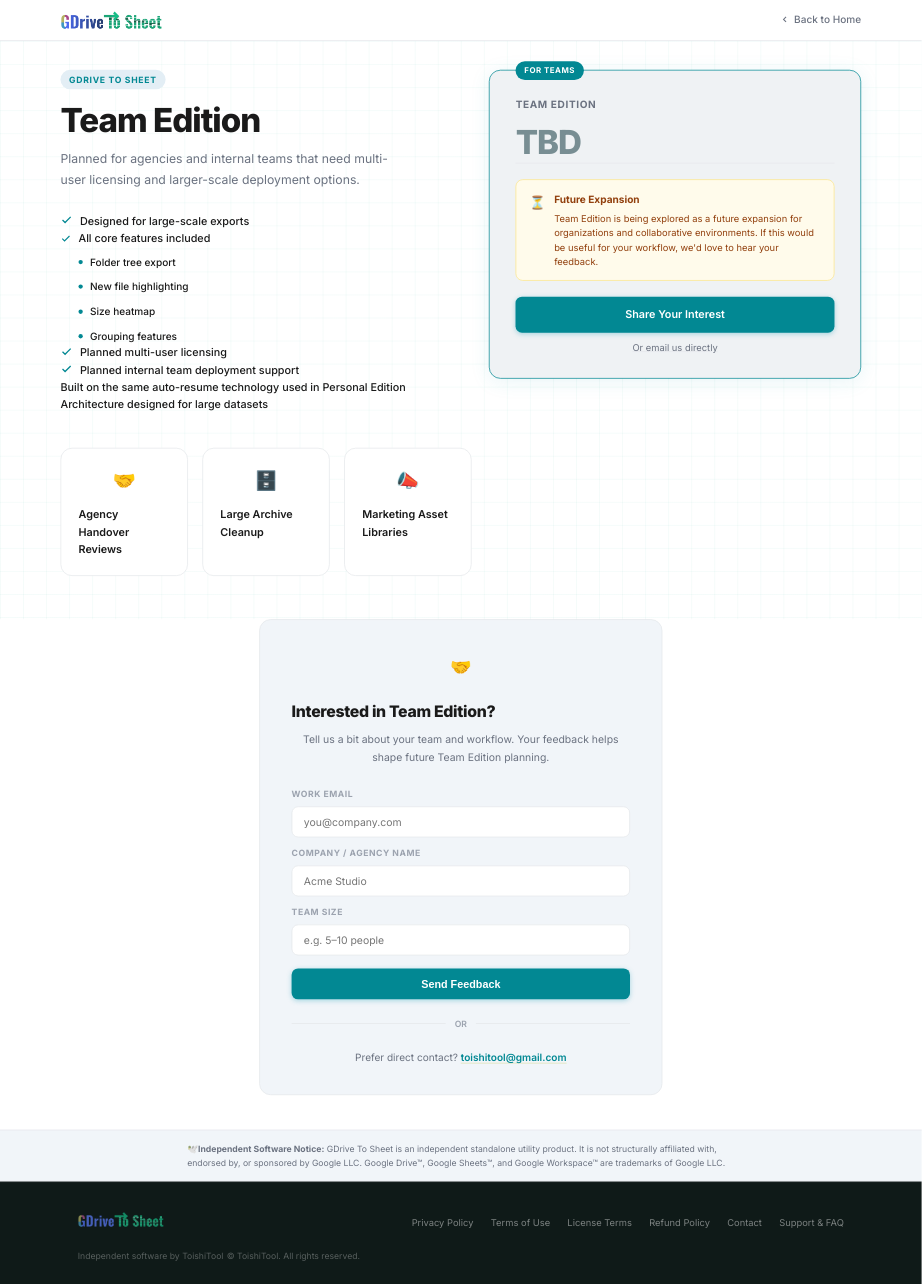
Repository: toishitool/gdrive-to-sheet
Page: team-edition.html
These files come from the project's save history. The page is drawn as it stood at one moment and after the next save; the edit follows.
The browser window is 1280 px wide. The pictures show the whole page, at 72% of full size.

Above is the page before, as saved 2026-06-22 11:42:05.

### team-edition.html
<!DOCTYPE html>
<html lang="en" class="scroll-smooth">

<head>
  <meta charset="UTF-8" />
  <meta name="viewport" content="width=device-width, initial-scale=1.0" />
  <title>Team Edition – GDrive To Sheet</title>
  <meta name="description"
content="Planned Team Edition for agencies and internal teams. Multi-user licensing and expanded deployment options are under consideration." />
  <link rel="canonical" href="https://toishitool.github.io/gdrive-to-sheet/team-edition.html" />

  <link rel="preconnect" href="https://fonts.googleapis.com" />
  <link rel="preconnect" href="https://fonts.gstatic.com" crossorigin />
  <link href="https://fonts.googleapis.com/css2?family=Inter:wght@300;400;500;600;700;800&display=swap"
    rel="stylesheet" />

  <link rel="stylesheet" href="style.css">
</head>

<body class="theme-team">

  <div id="header-container"></div>


  <section class="hero grid-bg" aria-label="Team Edition">
    <div class="container">
      <div class="hero-grid">

        <div class="hero-copy">
          <span class="eyebrow">GDrive To Sheet</span>
          <h1>Team Edition</h1>
          <p class="sub">Planned for agencies and internal teams that need multi-user licensing and larger-scale deployment options.
</p>
          <ul class="feature-list">
            <li><svg width="17" height="17" fill="none" stroke="currentColor" stroke-width="2.5" viewBox="0 0 24 24">
                <polyline points="20 6 9 17 4 12" />
              </svg> Designed for large-scale exports</li>
            <li style="display: block;">
              <div style="display: flex; align-items: center; gap: 10px;">
                <svg width="15" height="15" fill="none" stroke="var(--primary)" stroke-width="2.5" viewBox="0 0 24 24">
                  <polyline points="20 6 9 17 4 12" />
                </svg>
                <span>All core features included</span>
              </div>
              <ul
                style="list-style: none; padding-left: 25px; margin-top: 10px; display: flex; flex-direction: column; gap: 12px;">
                <li style="display: flex; align-items: center; gap: 10px; font-size: 14px;">
                  <span
                    style="width: 6px; height: 6px; background-color: var(--primary); border-radius: 50%; flex-shrink: 0;"></span>
                  <span>Folder tree export</span>
                </li>
                <li style="display: flex; align-items: center; gap: 10px; font-size: 14px;">
                  <span
                    style="width: 6px; height: 6px; background-color: var(--primary); border-radius: 50%; flex-shrink: 0;"></span>
                  <span>New file highlighting</span>
                </li>
                <li style="display: flex; align-items: center; gap: 10px; font-size: 14px;">
                  <span
                    style="width: 6px; height: 6px; background-color: var(--primary); border-radius: 50%; flex-shrink: 0;"></span>
                  <span>Size heatmap</span>
                </li>
                <li style="display: flex; align-items: center; gap: 10px; font-size: 14px;">
                  <span
                    style="width: 6px; height: 6px; background-color: var(--primary); border-radius: 50%; flex-shrink: 0;"></span>
                  <span>Grouping features</span>
                </li>
              </ul>

            </li>
            <li><svg width="17" height="17" fill="none" stroke="currentColor" stroke-width="2.5" viewBox="0 0 24 24">
                <polyline points="20 6 9 17 4 12" />
              </svg> Planned multi-user licensing</li>
            <li><svg width="17" height="17" fill="none" stroke="currentColor" stroke-width="2.5" viewBox="0 0 24 24">
                <polyline points="20 6 9 17 4 12" />
              </svg> Planned internal team deployment support</li>
            <li>Built on the same auto-resume technology used in Personal Edition</li>

<li>Architecture designed for large datasets</li>
          </ul>
          <div class="use-grid">
            <div class="use-card" style="flex-direction: column;"><span class="use-icon">🤝</span>
              <h3>Agency Handover Reviews</h3>
            </div>
            <div class="use-card" style="flex-direction: column;"><span class="use-icon">🗄️</span>
              <h3>Large Archive Cleanup</h3>
            </div>
            <div class="use-card" style="flex-direction: column;"><span class="use-icon">📣</span>
              <h3>Marketing Asset Libraries</h3>
            </div>
          </div>
        </div>

        <div class="price-card">
          <span class="price-card-badge">For Teams</span>
          <div class="price-name">Team Edition</div>
          <div class="price-amount">
            <span class="price-now">TBD</span>
          </div>

          <div class="price-divider"></div>

          <div class="coming-soon">
            <span class="cs-icon">⏳</span>
            <div>
              <h3>Future Expansion</h3>
              <p>
Team Edition is being explored as a future expansion for organizations and collaborative environments.
If this would be useful for your workflow, we'd love to hear your feedback.
</p>
            </div>
          </div>

          <a href="#contact" class="btn btn-primary price-card-btn">
Share Your Interest
</a>
          <a href="mailto:toishitool@gmail.com" class="price-secondary-link">
Or email us directly
</a>
        </div>

      </div>
    </div>
  </section>

  <section class="contact-section" id="contact" aria-labelledby="contact-heading">
    <div class="container">
      <div class="contact-card">
        <div class="c-icon">🤝</div>
        <h2 id="contact-heading">Interested in Team Edition?</h2>
        <p class="desc">
Tell us a bit about your team and workflow. Your feedback helps shape future Team Edition planning.
</p>

        <form class="contact-form" id="contact-form">
          <div class="field-row">
            <label for="t-email">Work Email</label>
            <input type="email" id="t-email" placeholder="you@company.com" required />
          </div>
          <div class="field-row">
            <label for="t-company">Company / Agency Name</label>
            <input type="text" id="t-company" placeholder="Acme Studio" />
          </div>
          <div class="field-row">
            <label for="t-size">Team Size</label>
            <input type="text" id="t-size" placeholder="e.g. 5–10 people" />
          </div>
          <button type="submit" class="btn btn-primary">Send Feedback</button>
        </form>
        <div class="contact-success" id="contact-success">
          <svg width="16" height="16" fill="none" stroke="currentColor" stroke-width="2.5" viewBox="0 0 24 24">
            <polyline points="20 6 9 17 4 12" />
          </svg>
          Thanks! Your feedback has been received.
        </div>

        <div class="contact-divider">OR</div>

        <p style="font-size:14px;color:var(--text-muted);">
          Prefer direct contact? <a href="mailto:toishitool@gmail.com" class="contact-link">toishitool@gmail.com</a>
        </p>
      </div>
    </div>
  </section>

<div class="notice-block">
            <p>🕊️<strong>Independent Software Notice:</strong> GDrive To Sheet is an independent standalone utility
              product. It is not structurally affiliated with, endorsed by, or sponsored by Google LLC. Google Drive™, Google Sheets™, and Google Workspace™ are trademarks of Google LLC.</p>
          </div>
  <div id="footer-container"></div>
  <script src="js/common.js"></script>

  <script>
    // Early-access contact form — placeholder client-side handling.
    // Replace this with a real integration (e.g. Google Form endpoint, CRM webhook, email service).
    const form = document.getElementById('contact-form');
    const success = document.getElementById('contact-success');
    form.addEventListener('submit', function (e) {
      e.preventDefault();
      const email = document.getElementById('t-email').value;
      if (!email) return;
      // TODO: send form fields to your backend/CRM/email service here.
      form.classList.add('hide');
      success.classList.add('show');
    });
  </script>

</body>

</html>

### header.html
<nav aria-label="Main navigation">
  <div class="nav-inner">
    <a href="index.html" class="nav-logo">
      <img src="images/logo_gdrivetosheet.png" alt="GDrive To Sheet" />
    </a>
    <a href="index.html" class="nav-back hover-underline">
      <svg width="14" height="14" fill="none" stroke="currentColor" stroke-width="2.5" viewBox="0 0 24 24"><polyline points="15 18 9 12 15 6"/></svg>
      Back to Home
    </a>
  </div>
</nav>

### footer.html
<footer role="contentinfo" class="footer">
  <div class="container">
    <div class="footer-inner">
      <a href="index.html" class="footer-logo">
        <img src="images/logo_gdrivetosheet_dk.png" alt="GDrive To Sheet Home" />
      </a>

      <div class="footer-links">
        <a href="privacy-policy.html">Privacy Policy</a>
        <a href="terms.html">Terms of Use</a>
        <a href="license.html">License Terms</a>
        <a href="refund-policy.html">Refund Policy</a>
        <a href="contact.html">Contact</a>
        <a href="support.html">Support &amp; FAQ</a>
      </div>

      <div class="footer-bottom-text">
        <span class="footer-copy">Independent software by ToishiTool</span>
        <span class="footer-copy">
          © <span id="year"></span> ToishiTool. All rights reserved.
        </span>

        <script>
          document.getElementById("year").textContent =
            new Date().getFullYear();
        </script>
      </div>
    </div>
  </div>
</footer>

Loaded but not shown: js/common.js (30 lines, source omitted); style.css (2945 lines, source omitted)

After the next save:
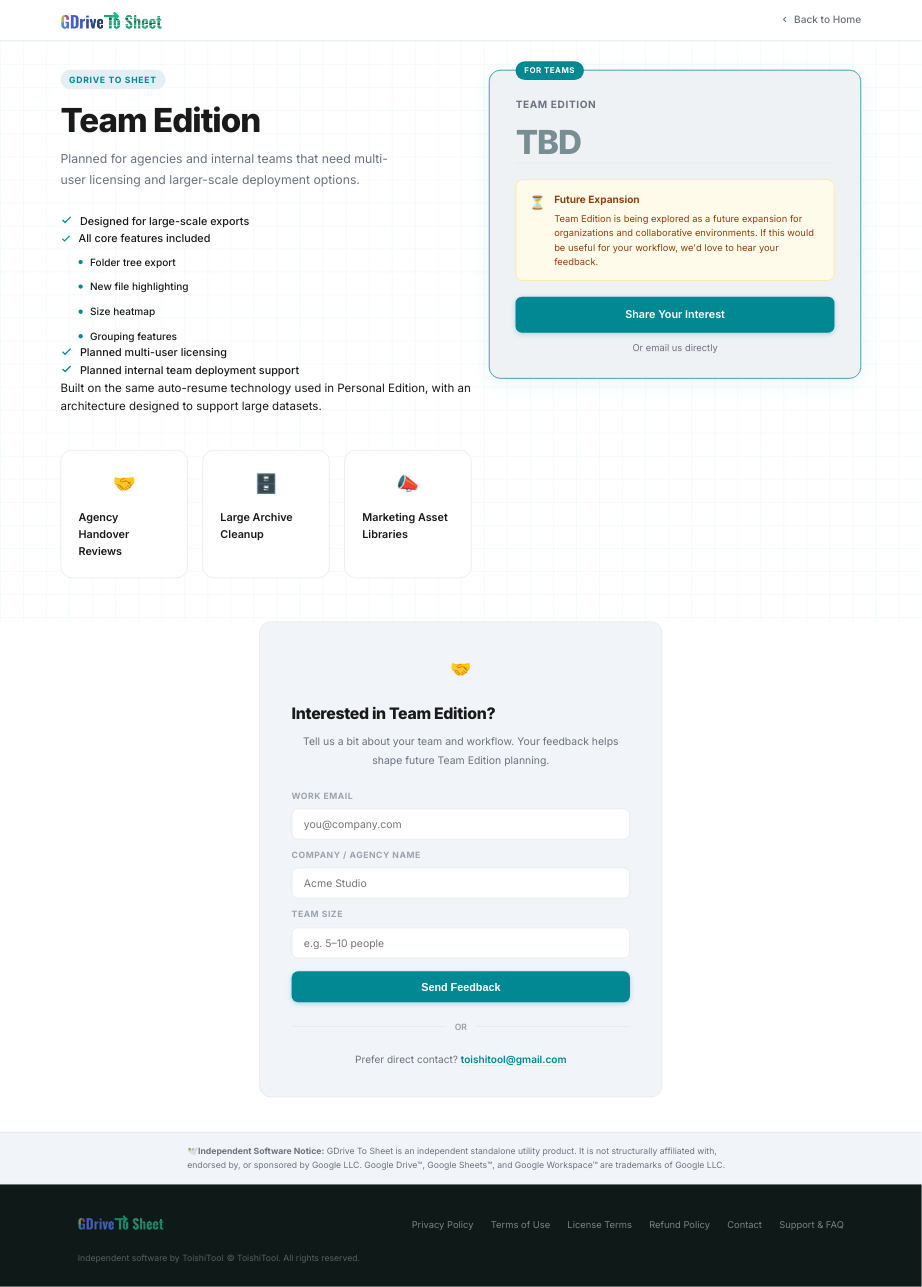
Saved 7 min 2 s later.
--- a/team-edition.html
+++ b/team-edition.html
@@ -73,10 +73,11 @@
             <li><svg width="17" height="17" fill="none" stroke="currentColor" stroke-width="2.5" viewBox="0 0 24 24">
                 <polyline points="20 6 9 17 4 12" />
               </svg> Planned internal team deployment support</li>
-            <li>Built on the same auto-resume technology used in Personal Edition</li>
+            </ul>
+<p class="feature-note">
+  Built on the same auto-resume technology used in Personal Edition, with an architecture designed to support large datasets.
+</p>
 
-<li>Architecture designed for large datasets</li>
-          </ul>
           <div class="use-grid">
             <div class="use-card" style="flex-direction: column;"><span class="use-icon">🤝</span>
               <h3>Agency Handover Reviews</h3>
